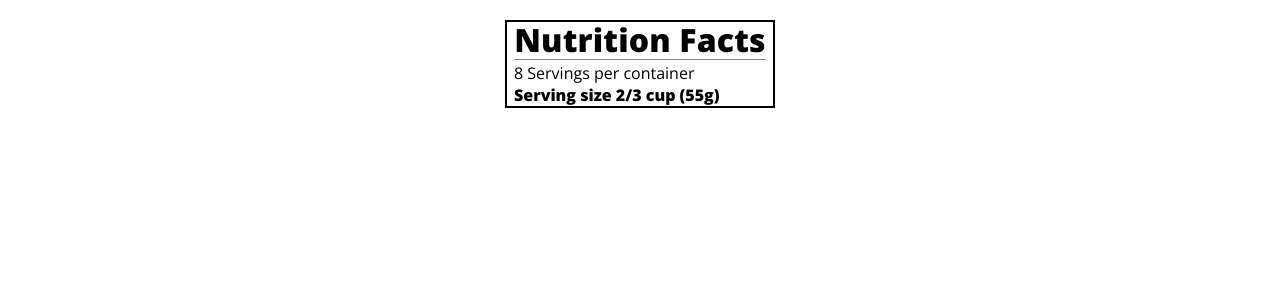
Repository: Lungdjos/typography
Page: index.html
The author's editor kept a copy of each file at every save. The page is drawn from the files as they stood at one save, then again after the next save.
The browser window is 1280 px wide. The pictures show the whole page.

Above is the page before, as saved 2023-10-28 01:06:48.

### index.html
<!DOCTYPE html>
<html lang="en">

<head>
    <meta charset="UTF-8">
    <meta name="viewport" content="width=device-width, initial-scale=1.0">
    <title>Nutrition Label</title>
    <link rel="stylesheet" href="styles.css">
    <link rel="stylesheet" href="https://fonts.googleapis.com/css?family=Open+Sans:400,700,800">
</head>

<body>
    <div class="label">
        <h1>Nutrition Facts</h1>
        <div class="divider"></div>
        <p>8 Servings per container</p>
        <p class="bold">Serving size 2/3 cup (55g)</p>
    </div>

</body>

</html>

### styles.css
body {
    font-family: "Open Sans", sans-serif;
}

html {
    font-size: 16px;
}

.label {
    border: 2px solid black;
    width: 270px;
    margin: 20px auto;
    padding: 0 7px;
}

* {
    box-sizing: border-box;
}

h1 {
    font-weight: 800;
    text-align: center;
    margin: -4px 0;
    letter-spacing: .15PX;
}

p {
    margin: 0;
}

.divider {
    border-bottom: 1px solid #888989;
    margin: 2px 0;
}

.bold {
    font-weight: 800;
}

After the next save:
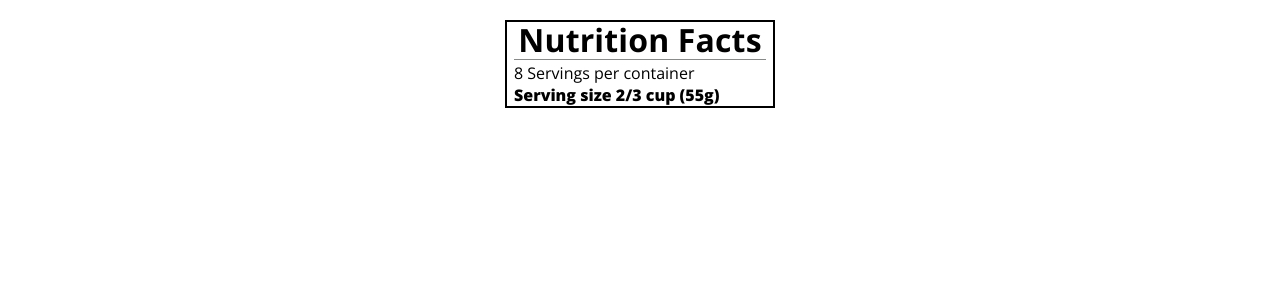
Saved 5 s later.
--- a/styles.css
+++ b/styles.css
@@ -18,7 +18,6 @@ html {
 }
 
 h1 {
-    font-weight: 800;
     text-align: center;
     margin: -4px 0;
     letter-spacing: .15PX;

After the 2 saves that followed:
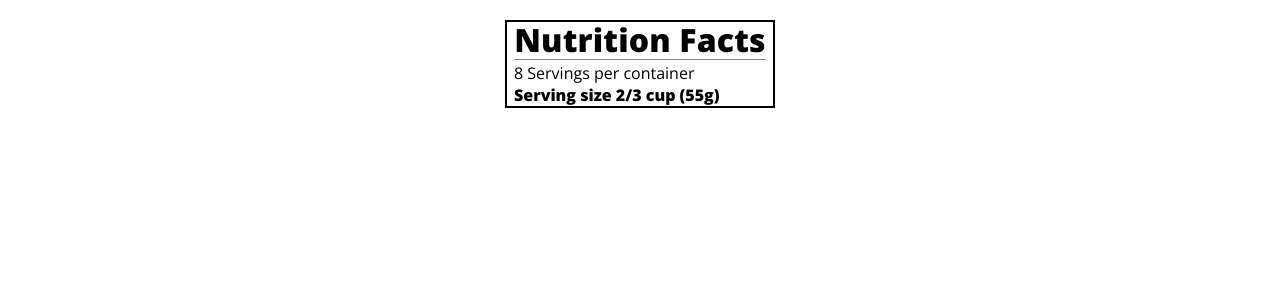
The 2 saves are shown as one change because they came seconds apart.
The last was saved 39 s later.
--- a/index.html
+++ b/index.html
@@ -11,7 +11,7 @@
 
 <body>
     <div class="label">
-        <h1>Nutrition Facts</h1>
+        <h1 class="bold">Nutrition Facts</h1>
         <div class="divider"></div>
         <p>8 Servings per container</p>
         <p class="bold">Serving size 2/3 cup (55g)</p>
